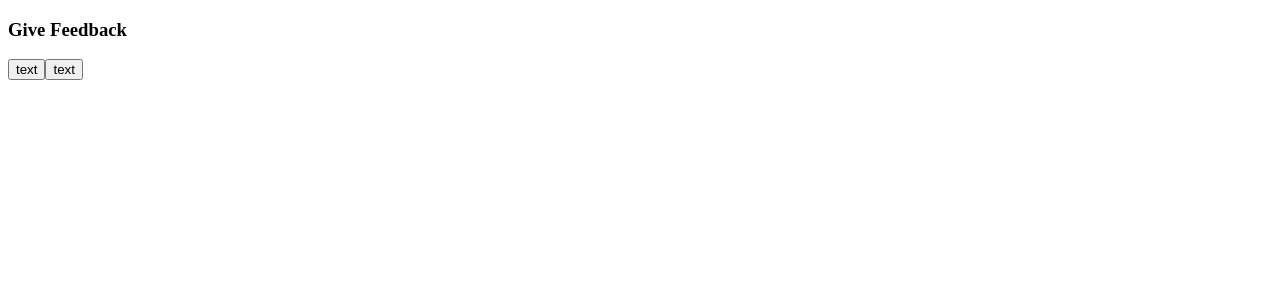
Repository: 4di61/FullStackOpen
Page: / (app in part1/unicafe/)
The author's editor kept a copy of each file at every save. The page is drawn from the files as they stood at one save, then again after the next save.
The browser window is 1280 px wide. The pictures show the whole page.
The project was rebuilt for these pictures with package versions that can differ from the ones it lists, and the page was loaded fresh each time. Also part of the build but not shown: part1/unicafe/vite.config.js.

Above is the page before, as saved 2024-09-05 10:28:39.

After the next save:
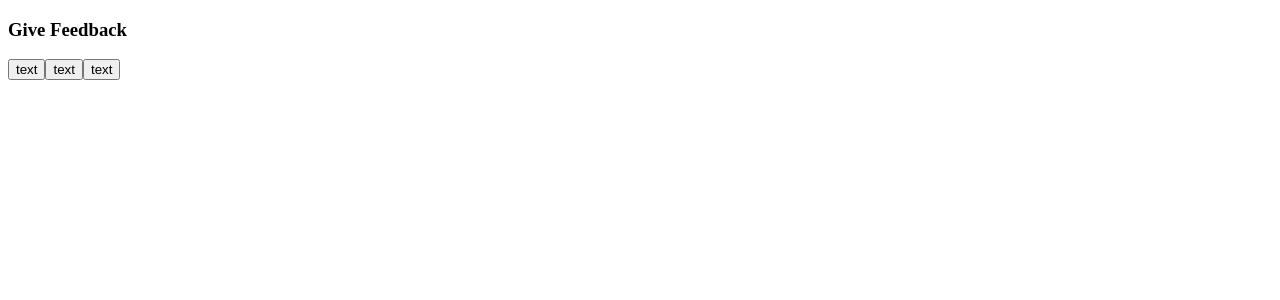
Saved 6 s later.
--- a/part1/unicafe/src/App.jsx
+++ b/part1/unicafe/src/App.jsx
@@ -11,6 +11,7 @@ const Feedback = (props)=> (
       Give Feedback
     </h3>
     <Button />
+    <Button/>
     <Button/>
   </div>
 )
